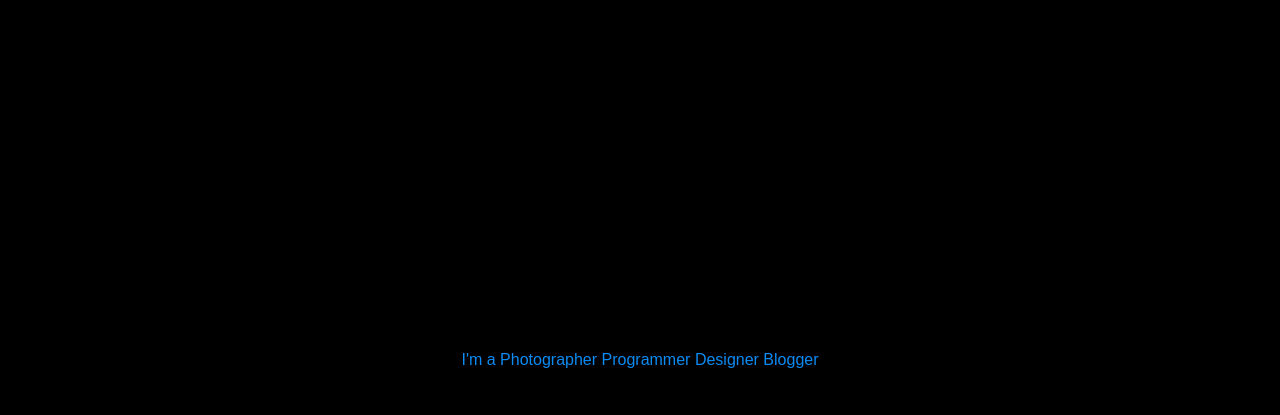
Repository: DevMike1993/Animations_HTML_CSS_JAVASCRIPT
Page: 01_Type_Text_Animation/index.html
These files come from the project's save history. The page is drawn as it stood at one moment and after the next save; the edit follows.
The browser window is 1280 px wide. The pictures show the whole page.

Above is the page before, as saved 2023-12-03 17:44:07.

After the next save:
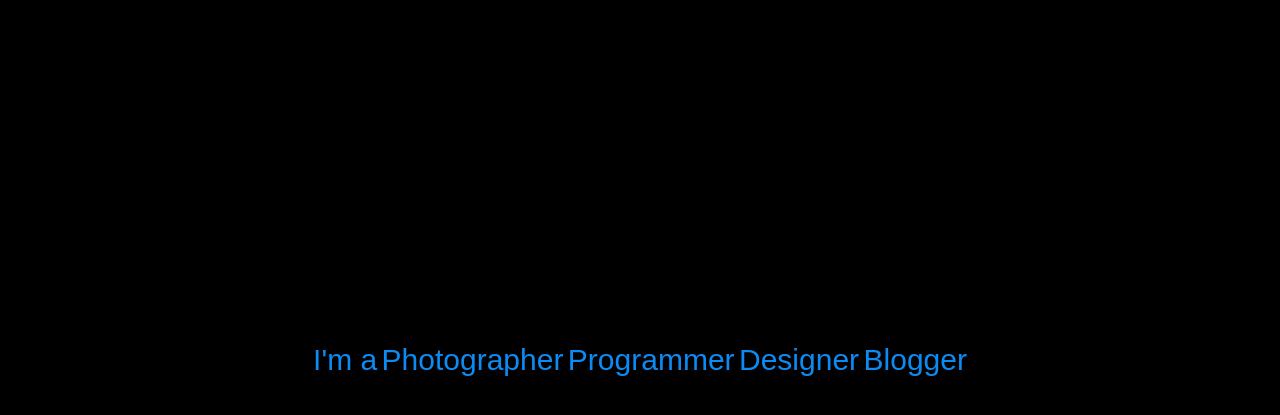
Saved 3 s later.
--- a/01_Type_Text_Animation/style.css
+++ b/01_Type_Text_Animation/style.css
@@ -17,5 +17,5 @@
 .container .text {
     position: relative;
     color: rgb(11, 139, 243);
-    font
+    font-size: 30px;
 }
